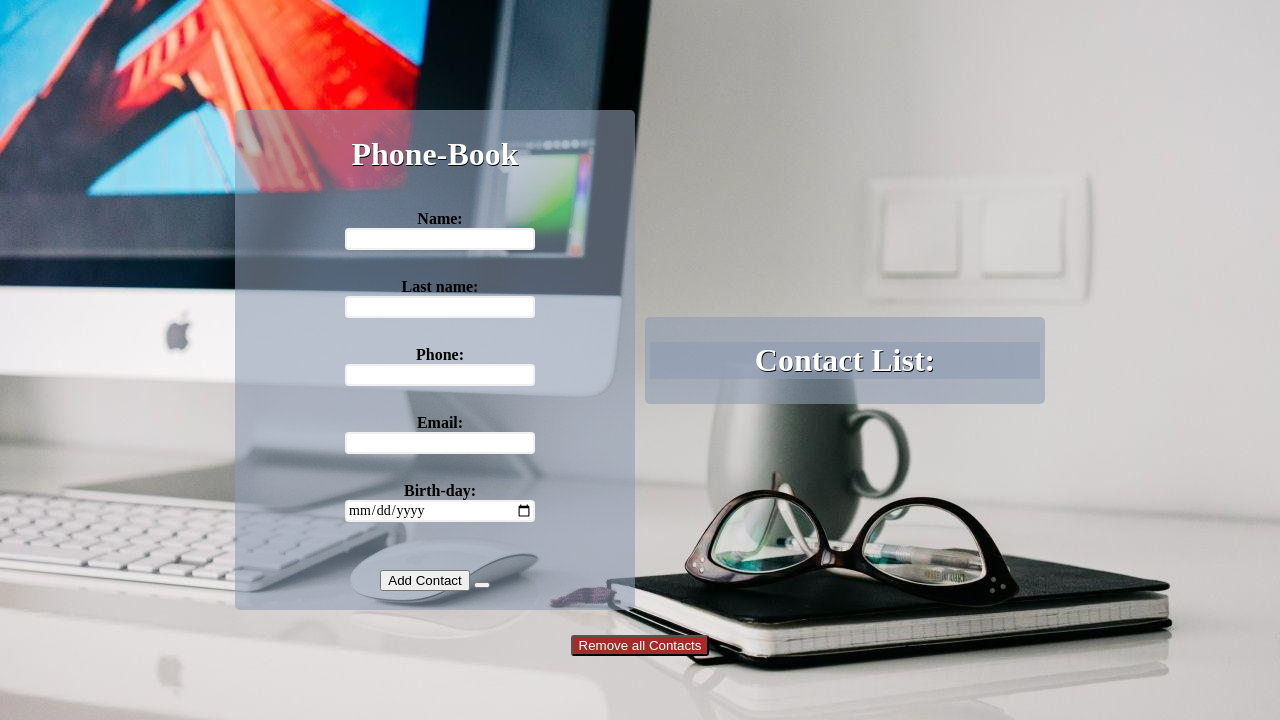
Repository: STA1357/Phone-book
Page: Inner.html
The author's editor kept a copy of each file at every save. The page is drawn from the files as they stood at one save, then again after the next save.
The browser window is 1280 px wide. The pictures show the whole page.

Above is the page before, as saved 2020-12-12 17:34:45.

### Inner.html
<!DOCTYPE html>
<html lang="en">
<head>
    <meta charset="UTF-8">
    <meta name="viewport" content="width=device-width, initial-scale=1.0">
    <title>Phone Book</title>
    <link rel="stylesheet" href="./styles.css">
    <script src="./app.js"></script>
</head>
<body>
    <form action="#" method="POST" id="form" class="form">

        <header>
            <div class="header-title">
                <h1>Phone-Book</h1>
            </div>
        </header>

        <main>
            <div class="container">

                <div class="form-control">
                <label for="name">Name:</label>
                <input type="text" class="form-input" id="nameInput">
                <small>Field is required</small>
                </div>

                <div class="form-control">
                <label for="lname">Last name:</label>
                <input type="text" class="form-input" id="lnameInput">
                <small>Field is required</small>
                </div>

                <div class="form-control">
                <label for="tel">Phone:</label>
                <input type="text" class="form-input" id="telInput" class="tellinput">
                <small>Field is required</small>
                </div>


                <div class="form-control">
                <label for="email">Email:</label>
                <input type="email" class="form-input" id="emailInput">
                <small>Field is required</small>
                </div>


                <div class="form-control">
                <label for="birthname">Birth-day:</label>
                <input type="date" class="form-input" id="birthInput">
                <small>Field is required</small>
                </div>

            </div>

        </main>

        <div class="btn">
        <button type="submit" id="btnAdd">Add Contact</button>
        <button id="restBtn" class="restBtn"></button>
    </div>
    </form>
<div class="list-container">
    <h2 class="listTitle">Contact List:</h2>
    <ul id="users"></ul>
</div>

<div class="clearBook">
    <button id="clearBookBtn" class="clearBookBtn" onclick="removeAll()">Remove all Contacts</button>
</div>

</body>
</html>

### styles.css
*{
    box-sizing: border-box;

}

body{
    display: flex;
    flex-direction: row;
    align-items: center;
    justify-content: center;
    min-height: 100vh;
    margin: 0;
    background: url("./wp3990421-office-wallpapers.jpg") no-repeat fixed center center;
    background-size: cover;
}

.header-title{
    color: white;
    text-shadow: 0.5px 0.5px black;
}

form{
    max-height: 500px;
    background-color: rgba(144, 156, 179, 0.589);
    width: 400px;
    max-width: 100%;
    margin-right: 10px;
    text-align: center;
    border-radius: 5px;
    position: relative;
}

main{
    margin-left: 25%;
}

.container{
    text-align: center;
    display: block;
    width: 70%;
}

.list-container{
    background-color: rgba(144, 156, 179, 0.589);
    width: 400px;
    max-width: 100%;
    page-break-after: 30px 40px;
    border-radius: 5px;
    max-height: 500px;
    overflow: auto;
}

.listTitle{
    color: white;
    text-shadow: 0.7px 0.7px black;
    font-size: 32px;
    margin-top: 20px;
    margin-bottom: 20px;
    position: sticky;
    top: 20px;
    background-color: rgba(144, 156, 179, 0.589);
}

.titleLi{
    color: rgb(15, 87, 129);
    text-shadow: 0.5px 0.5px black;
    font-size: 22px;
}

.infoList{
    color: black;
    font-size: 18px;
}

h2{
    text-align: center;
}

label{
    font-weight: bold;
}

.form-control input {
	border: 2px solid #f0f0f0;
	border-radius: 4px;
	display: block;
	font-family: inherit;
	font-size: 14px;

	width: 100%;
}

.img{
    width: 20px;
    height: 20px;
}

.btn{
    padding: 20px 0;
}


.selected{
    background-color: skyblue;
    color: black;
    text-shadow: 0.5px 0.5px grey;
}

.deleteBtn::before{
    color: brown;
    content: "delete";
    font-weight: bold;
}

.deleteAll::before{
    color: brown;
    content: "delete";
}

div{
    padding: 5px;
}

li{
    font-weight: bold;
    font-style: italic;
}

.clearBook{
    display: block;
    position: fixed;

}

.clearBookBtn{
    margin-top: 570px;
    background-color: brown;
    color: white;
    border-radius: 3px;
}

.form-control.success input{
    border-color: rgb(18, 206, 18);
}

.form-control.error input{
    border-color: rgb(224, 68, 68);
}


.form-control small {
	color: rgb(224, 68, 68);
	bottom: 0;
	left: 0;
	visibility: hidden;
}

.form-control.error small{
    visibility: visible;
}

.active {
    background-color: gray;
}

### app.js
// compare dates = new Date(date value from contact).toDateString() === new Date().toDateString()

window.onload = function() {
    const localKey = 'contactsCollection';
    const form = document.querySelector('form');
    const list = document.getElementById('users');
    const userName = document.getElementById('nameInput');
    const userLname = document.getElementById('lnameInput');
    const userTel = document.getElementById('telInput');
    const userEmail = document.getElementById('emailInput');
    const userBirth = document.getElementById('birthInput');

    let contactsList = getContacts();
    let activeContact = {};

    generateContactList();
    compareDates();

    function compareDates() {
        const today = new Date().toDateString();
        const todayBirthDays = contactsList.filter(({ birthDay }) => new Date(birthDay).toDateString() === today);
        if (todayBirthDays.length) {
            console.log(todayBirthDays);
        }
    }
    //validation
    form.addEventListener('submit', (e) => {
        e.preventDefault();
        if (validateForm()) {
            const contact = {
                id: Object.keys(activeContact).length ? activeContact.id : getId(),
                name: userName.value,
                lastName: userLname.value,
                phone: userTel.value,
                mail: userEmail.value,
                birthDay: userBirth.value
            }
            if (Object.keys(activeContact).length) {
                updateContact(contact);
                setActiveContact({});
            } else {
                recordContact(contact);
            }
        }
    })

    function setErrorFor (input) {
        const formControl = input.parentElement;
        formControl.classList.add("error");
    }

    function removeError(input) {
        const formControl = input.parentElement;
        formControl.classList.remove("error");
    }

    function isValidField(field) {
        const valid = !!field.value.trim();
        if (!valid) {
            setErrorFor(field);
        } else {
            removeError(field);
        }
        return valid;
    }

    function validateForm() {
        const validateFields = document.querySelectorAll('.form-input');
        const validFields = [];
        validateFields.forEach(field => validFields.push(isValidField(field)));
        return !validFields.some(valid => !valid);
    }

    function getContacts() {
        const res = localStorage.getItem(localKey);
        return res ? JSON.parse(res) : [];
    }

    function setToStorage(data) {
        localStorage.setItem(localKey, data);
    }

    function updateContactList(newList) {
        const string = JSON.stringify(newList);
        contactsList = newList;
        setToStorage(string);
        generateContactList();
    }

    function recordContact(newContact) {
        updateContactList([...contactsList, newContact])
    }

    function updateContact(newData) {
        contactsList = contactsList.map(contact => contact.id === newData.id ? newData : contact);
        updateContactList(contactsList);
    }

    function deleteContact(removeId) {
        contactsList = contactsList.filter(({ id }) => id !== removeId);
        updateContactList(contactsList);
    }

    function switchButtonTitle(){
        const switchButton = document.getElementById('btnAdd');
        switchButton.innerText = "Update";
    }

    function setActiveContact(contact) {
        activeContact = contact;
        const contacts = document.querySelectorAll('.contact-item');
        const { id = "", name = "", lastName = "", phone = "", mail = "", birthDay = "" } = contact;
            contacts.forEach((contact) => {
                if (contact.id === `contact-${id}`) {
                    contact.classList.add('active');
                } else {
                    contact.classList.remove('active');
                    switchButtonTitle();
                }
            })
            userName.value = name;
            userLname.value = lastName;
            userTel.value = phone;
            userEmail.value = mail;
            userBirth.value = birthDay;
    }

    function generateContactList() {
        const fragment = document.createDocumentFragment();
        contactsList.forEach((contact) => {
            const { id, name, lastName, phone, mail, birthDay } = contact;
            const container = document.createElement('div');

            container.onclick = () => setActiveContact(contact);
            container.id = `contact-${id}`;
            container.className = 'contact-item';
            const title = document.createElement('li');
            title.className = 'titleLi'
            title.innerText = `${name} ${lastName}`;

            const infoList = document.createElement('b');
            infoList.className = 'infoList'
            infoList.innerText = `${phone}
            ${mail}
            ${birthDay}`;
            // phonesList.innerText = phones.join(' ');
            container.appendChild(title);
            container.appendChild(infoList);
            const deleteBtn = document.createElement('button');
            deleteBtn.className = 'deleteBtn'
            container.appendChild(deleteBtn);
            deleteBtn.addEventListener('mousedown', function (e) {
                e.preventDefault();
            })
            fragment.appendChild(container);

            deleteBtn.addEventListener('click', function (e) {
                deleteContact(id);
            })
            document.getElementById('nameInput').value = "";
            document.getElementById('lnameInput').value = "";
            document.getElementById('telInput').value = "";
            document.getElementById('emailInput').value = "";
            document.getElementById('birthInput').value = "";
        });


        list.innerHTML = '';
        list.appendChild(fragment);


    }

    function getId() {
        return '_' + Math.random().toString(36).substr(2, 9);
    };
}

function removeAll(){
    if(window.confirm("This action will remove all contacts. Are you sure?")){
        window.localStorage.clear();
        document.location.reload();
    }
}


function newFunction() {
    return document.getElementById('contactsCount');
}
//function move_up() {
//document.getElementById('list-container').scrollTop += 10;
//}

//function move_down() {
//document.getElementById('list-container').scrollTop -= 10;
//}

// const form = document.querySelector('form')
// const list = document.getElementById('users')
// const userName = document.getElementById('nameInput')
// const userLname = document.getElementById('lnameInput')
// const userTel = document.getElementById('telInput')
// const userEmail = document.getElementById('emailInput')
// const userBirth = document.getElementById('birthInput')
// const entry = document.createElement('li')


// function addUser() {
//     const list = document.getElementById('users')
//     const userName = document.getElementById('nameInput')
//     const userLname = document.getElementById('lnameInput')
//     const userTel = document.getElementById('telInput')
//     const userEmail = document.getElementById('emailInput')
//     const userBirth = document.getElementById('birthInput')
//     const entry = document.createElement('li')
//     entry.appendChild(document.createTextNode(userName.value + ' ' + userLname.value + ' '
//     + userTel.value + ' ' + userEmail.value + ' ' + userBirth.value))
//     list.appendChild(entry)
//     return false

// }

// let bookContacts = [];

// const addContacts = (ev) => {
//     ev.preventDefault();
//     let contact = {
//         name: document.getElementById('nameInput').value,
//         lname: userLname.value,
//         tel: userTel.value,
//         email: userEmail.value,
//         birthday: userBirth.value
//     }
//     bookContacts.push(contact);
//     document.forms[0].reset();
// }
// document.addEventListener('DomContentLoad', () =>{
//     document.getElementById('btnAdd').addEventListener('click',addContacts)
// })
// console.log(bookContacts);




/*class Person{
    constructor(options){
        this.name = options.name
        this.lname = options.lname
        this.tel = options.tel
        this.email = options.email
        this.birthday = options.birthday
    }
}

class User extends Person{
    static type = "User"
}

const user = new User({
    name: "",
    lname: "",
    tel: "",
    email:"",
    birthday:""
})


localStorage.setItem('userInfo', JSON.stringify(user));




const raw = localStorage.getItem('userInfo')
const userInfo = JSON.parse(raw)
userInfo.name = 'Maxim'

console.log(userInfo);*/

After the next save:
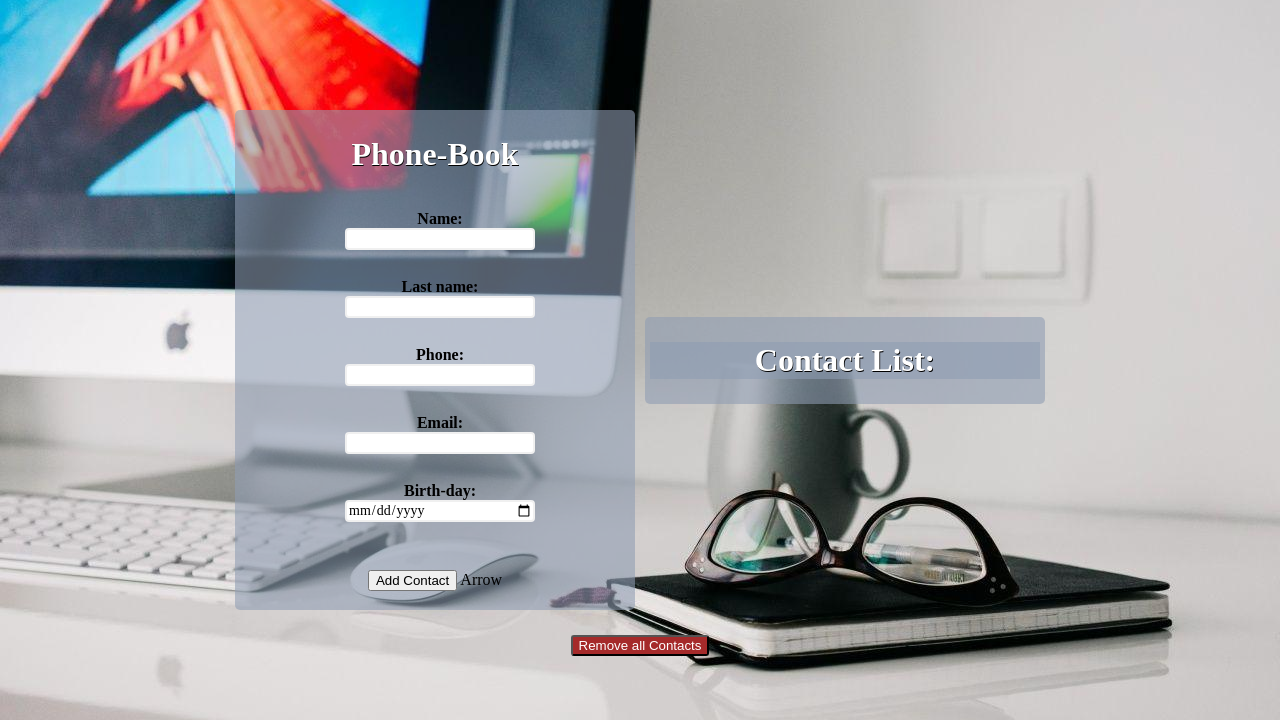
Saved 2 min 43 s later.
--- a/Inner.html
+++ b/Inner.html
@@ -57,7 +57,7 @@
 
         <div class="btn">
         <button type="submit" id="btnAdd">Add Contact</button>
-        <button id="restBtn" class="restBtn"></button>
+        <a class="arrow">Arrow</a>
     </div>
     </form>
 <div class="list-container">
